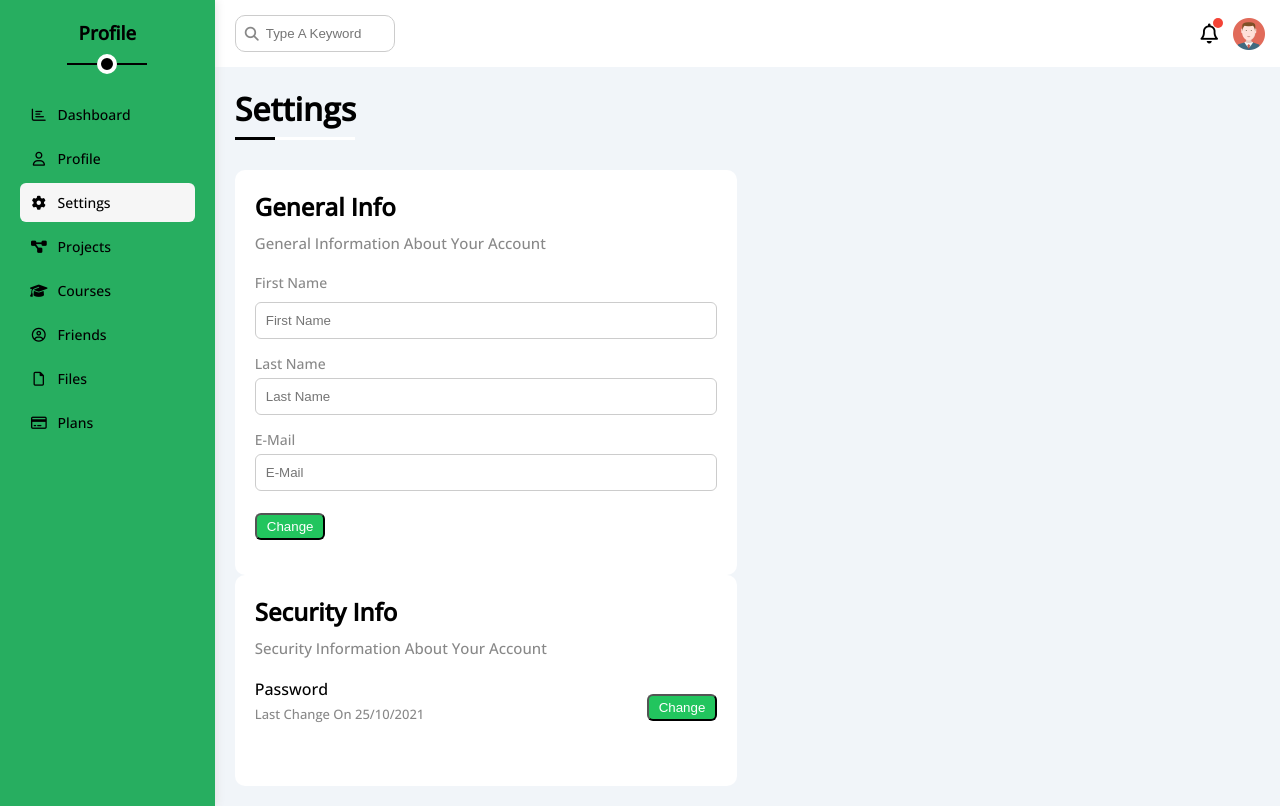
Repository: souhailaniba/Bookly
Page: public/assets/books webstie/settings.html
The author's editor kept a copy of each file at every save. The page is drawn from the files as they stood at one save, then again after the next save.
The browser window is 1280 px wide. The pictures show the whole page.

Above is the page before, as saved 2023-01-27 15:01:07.

### public/assets/books webstie/settings.html
<!DOCTYPE html>
<html lang="en">
  <head>
    <meta charset="UTF-8" />
    <meta http-equiv="X-UA-Compatible" content="IE=edge" />
    <meta name="viewport" content="width=device-width, initial-scale=1.0" />
    <title>Settings</title>
    <link rel="stylesheet" href="css/all.min.css" />
    <link rel="stylesheet" href="css/framework.css" />
    <link rel="stylesheet" href="css/master.css" />
    <link rel="preconnect" href="https://fonts.googleapis.com" />
    <link rel="preconnect" href="https://fonts.gstatic.com" crossorigin />
    <link href="https://fonts.googleapis.com/css2?family=Open+Sans:wght@300;500&display=swap" rel="stylesheet" />
  </head>
  <body>
    <div class="page d-flex">
      <div class="sidebar bg-white p-20 p-relative"   style="background-color: #27ae60;">
        <h3 class="p-relative txt-c mt-0">Profile</h3>
        <ul>
          <li>
            <a class="d-flex align-center fs-14 c-black rad-6 p-10" href="profil.html">
              <i class="fa-regular fa-chart-bar fa-fw"></i>
              <span>Dashboard</span>
            </a>
          </li>
          <li>
            <a class="d-flex align-center fs-14 c-black rad-6 p-10" href="profile.html">
              <i class="fa-regular fa-user fa-fw"></i>
              <span>Profile</span>
            </a>
          </li>
          <li>
            <a class="active d-flex align-center fs-14 c-black rad-6 p-10" href="settings.html">
              <i class="fa-solid fa-gear fa-fw"></i>
              <span>Settings</span>
            </a>
          </li>
          <li>
            <a class="d-flex align-center fs-14 c-black rad-6 p-10" href="projects.html">
              <i class="fa-solid fa-diagram-project fa-fw"></i>
              <span>Projects</span>
            </a>
          </li>
          <li>
            <a class="d-flex align-center fs-14 c-black rad-6 p-10" href="courses.html">
              <i class="fa-solid fa-graduation-cap fa-fw"></i>
              <span>Courses</span>
            </a>
          </li>
          <li>
            <a class="d-flex align-center fs-14 c-black rad-6 p-10" href="friends.html">
              <i class="fa-regular fa-circle-user fa-fw"></i>
              <span>Friends</span>
            </a>
          </li>
          <li>
            <a class="d-flex align-center fs-14 c-black rad-6 p-10" href="files.html">
              <i class="fa-regular fa-file fa-fw"></i>
              <span>Files</span>
            </a>
          </li>
          <li>
            <a class="d-flex align-center fs-14 c-black rad-6 p-10" href="plans.html">
              <i class="fa-regular fa-credit-card fa-fw"></i>
              <span>Plans</span>
            </a>
          </li>
        </ul>
      </div>
      <div class="content w-full">
        <!-- Start Head -->
        <div class="head bg-white p-15 between-flex">
          <div class="search p-relative">
            <input class="p-10" type="search" placeholder="Type A Keyword" />
          </div>
          <div class="icons d-flex align-center">
            <span class="notification p-relative">
              <i class="fa-regular fa-bell fa-lg"></i>
            </span>
            <img src="imgs/avatar.png" alt="" />
          </div>
        </div>
        <!-- End Head -->
        <h1 class="p-relative">Settings</h1>
        <div class="settings-page m-20 d-grid gap-20">
          <!-- Start Settings Box -->
          <form action="">
            <div class="p-20 bg-white rad-10">
              <h2 class="mt-0 mb-10">General Info</h2>
              <p class="mt-0 mb-20 c-grey fs-15">General Information About Your Account</p>
              <div class="mb-15">
                <label class="fs-14 c-grey d-block mb-10" for="first">First Name</label>
                <input
                  class="b-none border-ccc p-10 rad-6 d-block w-full"
                  type="text"
                  id="first"
                  placeholder="First Name"
                />
              </div>
              <div class="mb-15">
                <label class="fs-14 c-grey d-block mb-5" for="last">Last Name</label>
                <input
                  class="b-none border-ccc p-10 rad-6 d-block w-full"
                  id="last"
                  type="text"
                  placeholder="Last Name"
                />
              </div>
              <div class="mb-15">
                <label class="fs-14 c-grey d-block mb-5" for="email">E-Mail</label>
                <input
                  class="b-none border-ccc p-10 rad-6 d-block w-full"
                  id="email"
                  type="email"
                  placeholder="E-Mail"
                />
                <br>
                <button class="button bg-green c-white btn-shape" type="submit" action="">Change</button>
              </div>
            </div>
          <div class="p-20 bg-white rad-10">
            <h2 class="mt-0 mb-10">Security Info</h2>
            <p class="mt-0 mb-20 c-grey fs-15">Security Information About Your Account</p>
            <div class="sec-box mb-15 between-flex">
              <div>
                <span>Password</span>
                <p class="c-grey mt-5 mb-0 fs-13">Last Change On 25/10/2021</p>
              </div>
              <button class="button bg-green c-white btn-shape" type="submit" action="">Change</button>
            </div>
          </div>
        </form>
          <!-- End Settings Box -->
        </div>
      </div>
    </div>
  </body>
</html>

### public/assets/books webstie/css/framework.css
:root {
  --blue-color: #0075ff;
  --blue-alt-color: #0d69d5;
  --orange-color: #f59e0b;
  --green-color: #22c55e;
  --red-color: #f44336;
  --grey-color: #888;
}
/* Start Box */
.d-flex {
  display: flex;
}
.f-wrap {
  flex-wrap: wrap;
}
.align-center {
  align-items: center;
}
.space-between {
  justify-content: space-between;
}
.d-grid {
  display: grid;
}
.gap-20 {
  gap: 20px;
}
.d-block {
  display: block;
}
@media (max-width: 767px) {
  .block-mobile {
    display: block;
  }
  .hide-mobile {
    display: none;
  }
}
/* End Box */
/* Start Padding + Margin */
.p-10 {
  padding: 10px;
}
.p-15 {
  padding: 15px;
}
.p-20 {
  padding: 20px;
}
.pt-10 {
  padding-top: 10px;
}
.pt-15 {
  padding-top: 15px;
}
.pt-20 {
  padding-top: 20px;
}
.pb-10 {
  padding-bottom: 10px;
}
.pb-15 {
  padding-bottom: 15px;
}
.pb-20 {
  padding-bottom: 20px;
}
.pl-15 {
  padding-left: 15px;
}
.m-0 {
  margin: 0;
}
.m-15 {
  margin: 15px;
}
.m-20 {
  margin: 20px;
}
.mt-0 {
  margin-top: 0;
}
.mt-5 {
  margin-top: 5px;
}
.mt-10 {
  margin-top: 10px;
}
.mt-15 {
  margin-top: 15px;
}
.mt-20 {
  margin-top: 20px;
}
.mt-25 {
  margin-top: 25px;
}
.mr-10 {
  margin-right: 10px;
}
.mr-15 {
  margin-right: 15px;
}
.mb-5 {
  margin-bottom: 5px;
}
.mb-10 {
  margin-bottom: 10px;
}
.mb-15 {
  margin-bottom: 15px;
}
.mb-20 {
  margin-bottom: 20px;
}
.mb-25 {
  margin-bottom: 25px;
}
/* End Padding + Margin */
/* Start Color */
.c-black {
  color: black;
}
.c-white {
  color: white;
}
.c-grey {
  color: var(--grey-color);
}
.c-red {
  color: var(--red-color);
}
.c-green {
  color: var(--green-color);
}
.c-blue {
  color: var(--blue-color);
}
.c-orange {
  color: var(--orange-color);
}
.bg-red {
  background-color: var(--red-color);
}
.bg-green {
  background-color: var(--green-color);
}
.bg-blue {
  background-color: var(--blue-color);
}
.bg-orange {
  background-color: var(--orange-color);
}
.bg-white {
  background-color: white;
}
.bg-eee {
  background-color: #eee;
}
/* End Color */
/* Start Position */
.p-relative {
  position: relative;
}
.p-absolute {
  position: absolute;
}
/* End Position */
/* Start Font */
.txt-c {
  text-align: center;
}
.fs-13 {
  font-size: 13px;
}
.fs-14 {
  font-size: 14px;
}
.fs-15 {
  font-size: 15px;
}
.fs-25 {
  font-size: 25px;
}
.fw-bold {
  font-weight: bold;
}
@media (max-width: 767px) {
  .txt-c-mobile {
    text-align: center;
  }
}
/* End Font */
/* Start Border */
.rad-6 {
  border-radius: 6px;
}
.rad-10 {
  border-radius: 10px;
}
.rad-half {
  border-radius: 50%;
}
.b-none {
  border: none;
}
.border-ccc {
  border: 1px solid #ccc;
}
.border-eee {
  border: 1px solid #eee;
}

/* End Border */
/* Start Width + Height */
.w-full {
  width: 100%;
}
.w-100 {
  width: 100px;
}
.w-fit {
  width: fit-content;
}
.h-full {
  height: 100%;
}
.h-100 {
  height: 100px;
}
/* End Width + Height */
/* Start Components */
.center-flex {
  display: flex;
  align-items: center;
  justify-content: center;
}
.between-flex {
  display: flex;
  align-items: center;
  justify-content: space-between;
}
.btn-shape {
  padding: 4px 10px;
  border-radius: 6px;
}
/* End Components */

Loaded but not shown: public/assets/books webstie/css/all.min.css (library); public/assets/books webstie/css/master.css (1171 lines, source omitted)

After the next save:
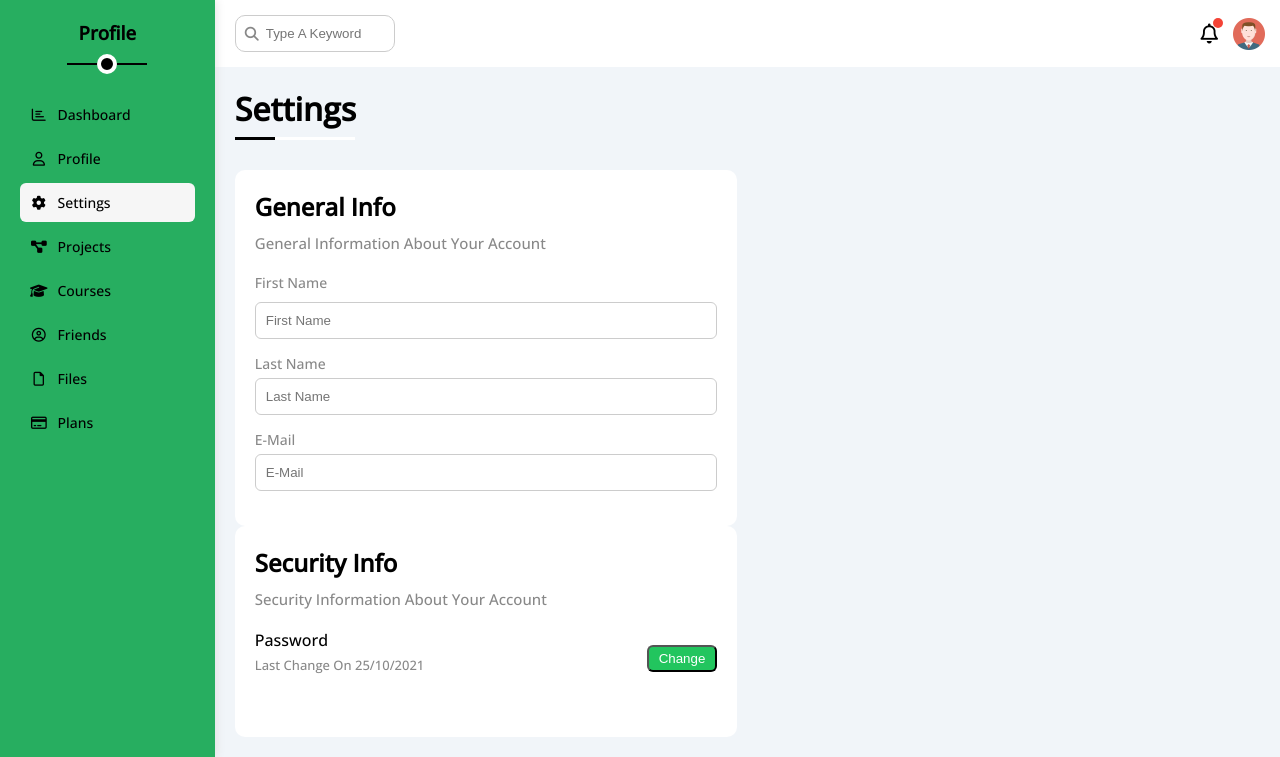
Saved 10 s later.
--- a/public/assets/books webstie/settings.html
+++ b/public/assets/books webstie/settings.html
@@ -114,8 +114,6 @@
                   type="email"
                   placeholder="E-Mail"
                 />
-                <br>
-                <button class="button bg-green c-white btn-shape" type="submit" action="">Change</button>
               </div>
             </div>
           <div class="p-20 bg-white rad-10">
